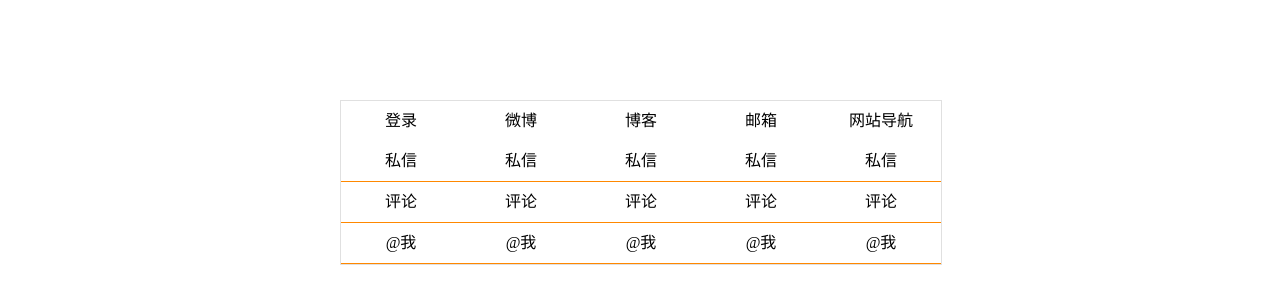
Repository: Sky0258/study
Page: js/新浪下拉框.html
These files come from the project's save history. The page is drawn as it stood at one moment and after the next save; the edit follows.
The browser window is 1280 px wide. The pictures show the whole page.
The pointer rests on the first visible `.list ul li`.

Above is the page before, as saved 2022-09-11 16:23:50.

### js/新浪下拉框.html
<!DOCTYPE html>
<html lang="en">

<head>
    <meta charset="UTF-8">
    <meta http-equiv="X-UA-Compatible" content="IE=edge">
    <meta name="viewport" content="width=device-width, initial-scale=1.0">
    <title>Document</title>
</head>
<style>
    * {
        padding: 0;
        margin: 0;
    }
    li {
        list-style: none;
    }
    a {
        text-decoration: none;
    }
    .tab {
        margin: 100px auto;
        width: 600px;
        /* border: 1px solid #e0e0e0; */
    }
    .tab > ul {
        width: 100%;
        display: flex;
        border: 1px solid #e0e0e0;
    }
    .tab > ul > li {
        flex: 1;
        text-align: center;
        line-height: 40px;
    }
    .tab > ul > li a {
        display: block;
        width: 100%;
        color: black;
    }
    .tab > ul > li a:hover {
        background-color: #edecec;
        color: #ff8800;
    }
    .list ul li{
        /* display: none; */
        border-bottom: 1px solid #ff8800;
        cursor: pointer;
    }
</style>
<body>
    <div class="tab">
        <ul class="list">
            <li>
                <a href="#">登录</a>
                <ul>
                    <li>私信</li>
                    <li>评论</li>
                    <li>@我</li>
                </ul>
            </li>
            <li>
                <a href="#">微博</a>
                <ul>
                    <li>私信</li>
                    <li>评论</li>
                    <li>@我</li>
                </ul>
            </li>
            <li>
                <a href="#">博客</a>
                <ul>
                    <li>私信</li>
                    <li>评论</li>
                    <li>@我</li>
                </ul>
            </li>
            <li>
                <a href="#">邮箱</a>
                <ul>
                    <li>私信</li>
                    <li>评论</li>
                    <li>@我</li>
                </ul>
            </li>
            <li>
                <a href="#">网站导航</a>
                <ul>
                    <li>私信</li>
                    <li>评论</li>
                    <li>@我</li>
                </ul>
            </li>
        </ul>
    </div>
</body>

</html>

After the next save:
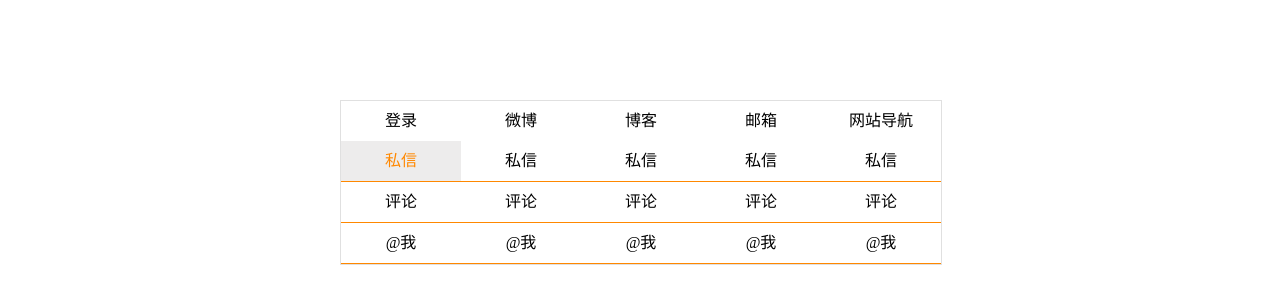
Saved 24 s later.
--- a/js/新浪下拉框.html
+++ b/js/新浪下拉框.html
@@ -46,6 +46,10 @@
         /* display: none; */
         border-bottom: 1px solid #ff8800;
         cursor: pointer;
+    }
+    .list ul li:hover {
+        background-color: #edecec;
+        color: #ff8800;
     }
 </style>
 <body>
